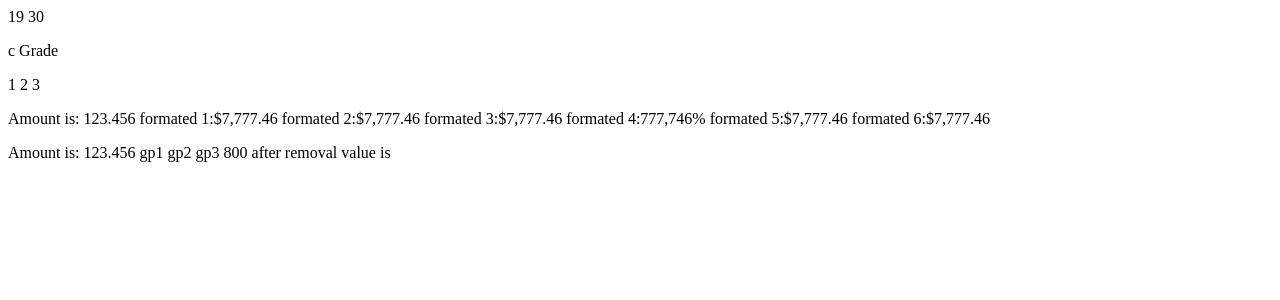
Repository: callgp/bt_servlet_jsp_jdbc
Page: http://localhost/JSTLTags/JSTLFormattingFurtherDemoErrorIfString.jsp
An editor plug-in stored every save of this project. The page is shown before and after the next save, followed by the edit.
The browser window is 1280 px wide. The pictures show the whole page.
The page is served by Tomcat 9.

Above is the page before, as saved 2020-07-13 02:19:00.

### JSTLTags/WebContent/JSTLFormattingFurtherDemoErrorIfString.jsp
<%@page import="java.util.ArrayList"%>
<%@page import="java.util.List"%>
<%@ taglib prefix="c" uri="http://java.sun.com/jstl/core_rt"%>
<%@ taglib prefix="fmt" uri="http://java.sun.com/jsp/jstl/fmt"%>
<!DOCTYPE html PUBLIC "-//W3C//DTD HTML 4.01 Transitional//EN" "http://www.w3.org/TR/html4/loose.dtd">
<html>
<head>
<meta http-equiv="Content-Type" content="text/html; charset=ISO-8859-1">
<title>Insert title here</title>
</head>
<body>

<c:out value="${10+9}"/>

<c:set var="testScore" value="${30}" scope="session"/>
<c:out value="${testScore}"/>

<c:if test="${testScore>=80}">
<p>u r score awesome:<c:out value="${testScore}"/></p>
</c:if>

<c:choose>
<c:when test="${testScore>70}">
<p> A Grade</p>
</c:when>

<c:when test="${testScore<70&& testScore>=50}">
<p> B Grade</p>
</c:when>


<c:when test="${testScore<50&& testScore>=30}">
<p> c Grade</p>
</c:when>

<c:when test="${testScore<30&& testScore>=10}">
<p> c Grade</p>
</c:when>

<c:otherwise>
<p> D Grade</p>
</c:otherwise>

</c:choose>


<c:forEach var="i" begin="1" end="3">

<c:out value="${i}"/>
</c:forEach>



<%

List<String> ls=new ArrayList<>();
ls.add("gp1");
ls.add("gp2");
ls.add("gp3");
request.setAttribute("studentNames", ls);


%>


<c:set var="accountBalance" value="123.456"/>
<fmt:parseNumber var="i" type="number" value="${accountBalance}"/>
<p>Amount is: <c:out value="${i}"/>


<c:set var="accountBalanceValue" value="7777.4567"/>
formated 1:<fmt:formatNumber  value="${accountBalanceValue}"  type="currency"/>
formated 2:<fmt:formatNumber  value="${accountBalanceValue}"  type="currency" maxFractionDigits="2"/>
formated 3:<fmt:formatNumber  value="${accountBalanceValue}"  type="currency" maxFractionDigits="2" />
formated 4:<fmt:formatNumber  value="${accountBalanceValue}"  type="percent"/>
formated 5:<fmt:formatNumber  value="${accountBalanceValue}"  type="currency"/>
formated 6:<fmt:formatNumber  value="${accountBalanceValue}"  type="currency"/>

<p>Amount is: <c:out value="${i}"/>





<c:forEach var="studentName" items="${studentNames}">

<c:out value="${studentName}"/>
</c:forEach>


<c:set var="testRemove" value="${800}" scope="session"/>
<c:out value="${testRemove}"/>



<c:remove var="testRemove" />
after removal value is <c:out value="${testRemove}"/>
</body>
</html>

After the next save:
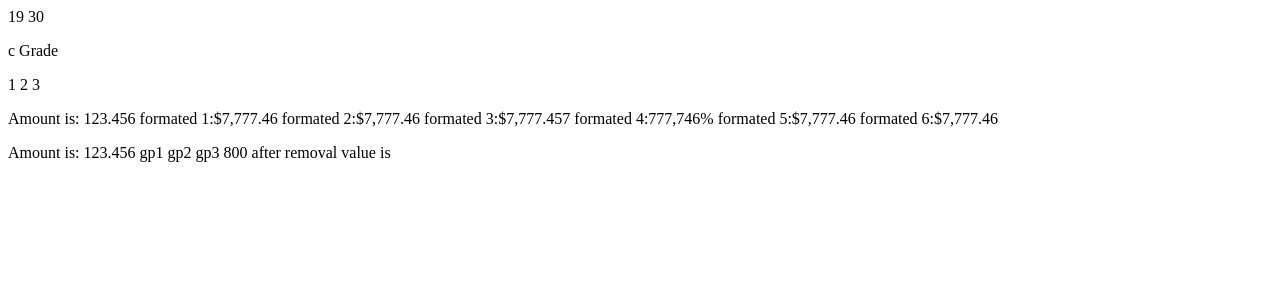
Saved 77 s later.
--- a/JSTLTags/WebContent/JSTLFormattingFurtherDemoErrorIfString.jsp
+++ b/JSTLTags/WebContent/JSTLFormattingFurtherDemoErrorIfString.jsp
@@ -71,7 +71,7 @@ request.setAttribute("studentNames", ls);
 <c:set var="accountBalanceValue" value="7777.4567"/>
 formated 1:<fmt:formatNumber  value="${accountBalanceValue}"  type="currency"/>
 formated 2:<fmt:formatNumber  value="${accountBalanceValue}"  type="currency" maxFractionDigits="2"/>
-formated 3:<fmt:formatNumber  value="${accountBalanceValue}"  type="currency" maxFractionDigits="2" />
+formated 3:<fmt:formatNumber  value="${accountBalanceValue}"  type="currency" maxFractionDigits="3" />
 formated 4:<fmt:formatNumber  value="${accountBalanceValue}"  type="percent"/>
 formated 5:<fmt:formatNumber  value="${accountBalanceValue}"  type="currency"/>
 formated 6:<fmt:formatNumber  value="${accountBalanceValue}"  type="currency"/>
